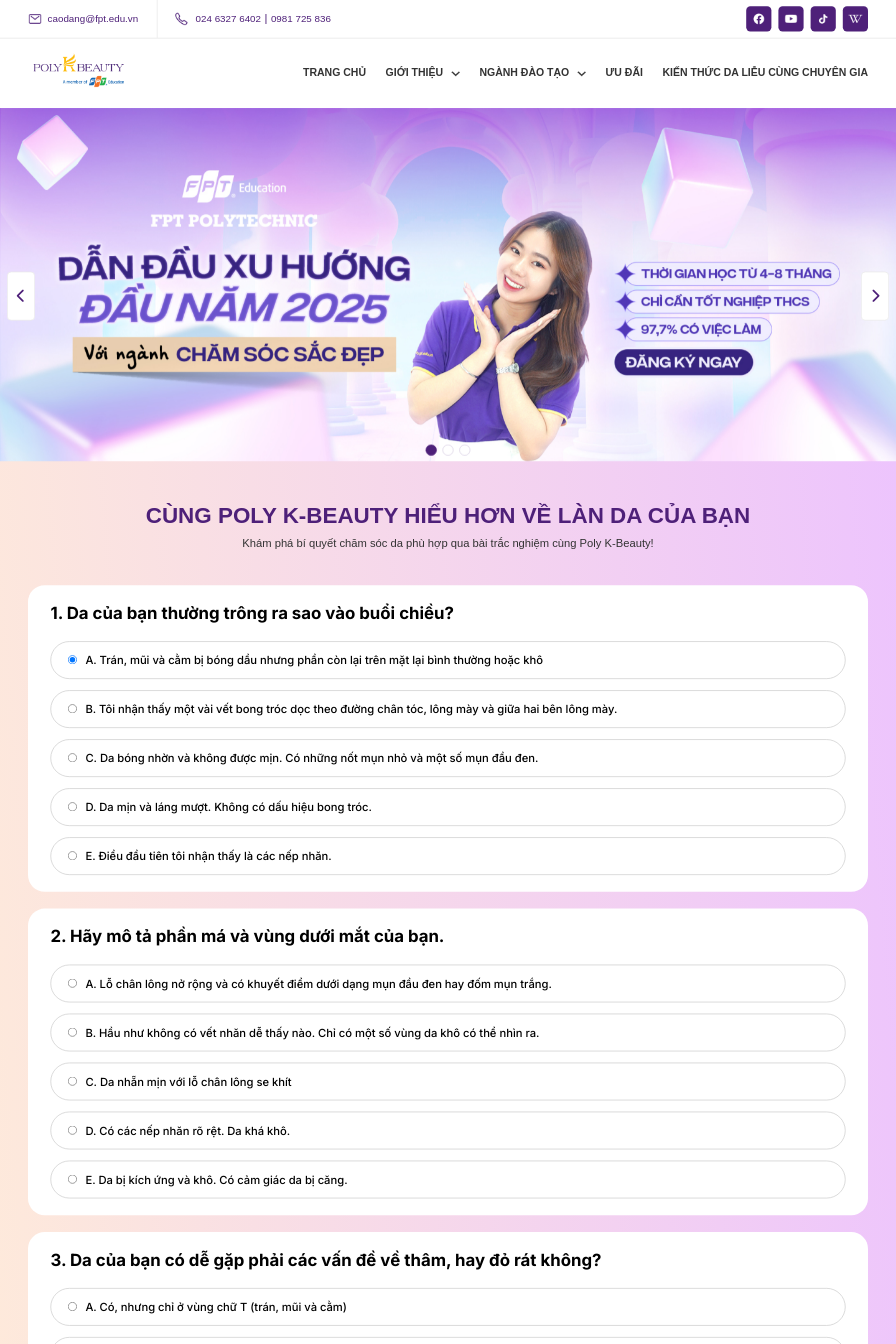
Repository: dinhtri123/k_beauty
Page: test.html
The author's editor kept a copy of each file at every save. The page is drawn from the files as they stood at one save, then again after the next save.
The browser window is 1280 px wide. The pictures show the part of the page from y = 0 to 1920 px (the page is 5808 px tall), at 70% of full size.
After loading, the first visible `label` was clicked once.
Some web fonts or font styles are not loaded; a fallback is used.

Above is the page before, as saved 2024-12-25 14:31:06.

### test.html
<!DOCTYPE html>
<html lang="en">

<head>
  <meta charset="UTF-8">
  <meta name="viewport" content="width=device-width, initial-scale=1.0">
  <title>Home Page</title>
  <link rel="stylesheet" href="https://cdn.jsdelivr.net/npm/swiper@11/swiper-bundle.min.css" />
  <link rel="stylesheet" href="https://cdnjs.cloudflare.com/ajax/libs/font-awesome/6.7.2/css/all.min.css"
    integrity="sha512-Evv84Mr4kqVGRNSgIGL/F/aIDqQb7xQ2vcrdIwxfjThSH8CSR7PBEakCr51Ck+w+/U6swU2Im1vVX0SVk9ABhg=="
    crossorigin="anonymous" referrerpolicy="no-referrer" />
  <link rel="stylesheet" href="./css/style.css">
  <link rel="stylesheet" href="./css/test.css">
</head>

<body>
  <header>
    <div class="header-top-wrapper">
      <div class="container">
        <div class="header-top">
          <div class="header-top-left">
            <a href="mailto:caodang@fpt.edu.vn">
              <img src="./images/mail-outline.png" alt="">
              <span>caodang@fpt.edu.vn</span>
            </a>
            <p>
              <img src="./images/call-outline.png" alt="">
              <a href="tel:024 6327 6402">024 6327 6402</a>
              <span>|</span>
              <a href="tel: 0981 725 836"> 0981 725 836</a>
            </p>
          </div>
          <div class="header-top-right">
            <a href="">
              <img src="./images/Facebook.png" alt="">
            </a>
            <a href="">
              <img src="./images/YouTube.png" alt="">
            </a>
            <a href="">
              <img src="./images/TikTok.png" alt="">
            </a>
            <a href="">
              <img src="./images/Frame.png" alt="">
            </a>
          </div>
        </div>
      </div>
    </div>
    <div class="header-main container">
      <a href="" class="header-logo">
        <img src="./images/logo.png" alt="">
      </a>
      <nav class="header-nav">
        <ul class="header-menu">
          <li>
            <a href="">Trang chủ</a>
          </li>
          <li>
            <a href="">Giới thiệu
              <span>
                <img src="./images/arrow-bottom.png" alt="">
              </span>
            </a>
          </li>
          <li>
            <a href="">ngành đào tạo
              <span>
                <img src="./images/arrow-bottom.png" alt="">
              </span>
            </a>
          </li>
          <li>
            <a href="">ƯU đãi</a>
          </li>
          <li>
            <a href="">kiến thức da liễu cùng chuyên gia</a>
          </li>
          <li class="header-btn-close sm">
            <i class="fa-solid fa-xmark"></i>
          </li>
        </ul>
      </nav>
      <span class="header-btn-menu sm">
        <i class="fa-solid fa-bars"></i>
      </span>
    </div>
  </header>
  <main id="test">
    <section class="slider-hero">
      <div class="swiper hero-swiper">
        <div class="swiper-wrapper">
          <div class="swiper-slide">
            <img src="./images/image 1.jpg" alt="">
          </div>
          <div class="swiper-slide">
            <img src="./images/image 1.jpg" alt="">
          </div>
          <div class="swiper-slide">
            <img src="./images/image 1.jpg" alt="">
          </div>
        </div>
        <div class="hero-btn swiper-button-next">
          <i class="fa-solid fa-chevron-right"></i>
        </div>
        <div class="hero-btn swiper-button-prev">
          <i class="fa-solid fa-chevron-left"></i>
        </div>
        <div class="swiper-pagination"></div>
      </div>
    </section>
    <section class="befenit">
      <div class="container">
        <div class="befenit-inner">
          <h2>CÙNG POLY K-BEAUTY HIỂU HƠN VỀ LÀN DA CỦA BẠN</h2>
          <p>Khám phá bí quyết chăm sóc da phù hợp qua bài trắc nghiệm cùng Poly K-Beauty!</p>
          <form class="befenit-question">
            <div class="question-item">
              <h3>1. Da của bạn thường trông ra sao vào buổi chiều?</h3>
              <div class="question-option">
                <label for="question_1_opt_1">
                  <input type="radio" name="question_1" id="question_1_opt_1">
                  A. Trán, mũi và cằm bị bóng dầu nhưng phần còn lại trên mặt lại bình thường hoặc khô
                </label>
                <label for="question_1_opt_2">
                  <input type="radio" name="question_1" id="question_1_opt_2">
                  B. Tôi nhận thấy một vài vết bong tróc dọc theo đường chân tóc, lông mày và giữa hai bên lông mày.
                </label>
                <label for="question_1_opt_3">
                  <input type="radio" name="question_1" id="question_1_opt_3">
                  C. Da bóng nhờn và không được mịn. Có những nốt mụn nhỏ và một số mụn đầu đen.
                </label>
                <label for="question_1_opt_4">
                  <input type="radio" name="question_1" id="question_1_opt_4">
                  D. Da mịn và láng mượt. Không có dấu hiệu bong tróc.
                </label>
                <label for="question_1_opt_5">
                  <input type="radio" name="question_1" id="question_1_opt_5">
                  E. Điều đầu tiên tôi nhận thấy là các nếp nhăn.
                </label>
              </div>
            </div>
            <div class="question-item">
              <h3>2. Hãy mô tả phần má và vùng dưới mắt của bạn.</h3>
              <div class="question-option">
                <label for="question_1_opt_1">
                  <input type="radio" name="question_1" id="question_1_opt_1">
                  A. Lỗ chân lông nở rộng và có khuyết điểm dưới dạng mụn đầu đen hay đốm mụn trắng.
                </label>
                <label for="question_1_opt_2">
                  <input type="radio" name="question_1" id="question_1_opt_2">
                  B. Hầu như không có vết nhăn dễ thấy nào. Chỉ có một số vùng da khô có thể nhìn ra.
                </label>
                <label for="question_1_opt_3">
                  <input type="radio" name="question_1" id="question_1_opt_3">
                  C. Da nhẵn mịn với lỗ chân lông se khít
                </label>
                <label for="question_1_opt_4">
                  <input type="radio" name="question_1" id="question_1_opt_4">
                  D. Có các nếp nhăn rõ rệt. Da khá khô.
                </label>
                <label for="question_1_opt_5">
                  <input type="radio" name="question_1" id="question_1_opt_5">
                  E. Da bị kích ứng và khô. Có cảm giác da bị căng.
                </label>
              </div>
            </div>
            <div class="question-item">
              <h3>3. Da của bạn có dễ gặp phải các vấn đề về thâm, hay đỏ rát không?</h3>
              <div class="question-option">
                <label for="question_1_opt_1">
                  <input type="radio" name="question_1" id="question_1_opt_1">
                  A. Có, nhưng chỉ ở vùng chữ T (trán, mũi và cằm)
                </label>
                <label for="question_1_opt_2">
                  <input type="radio" name="question_1" id="question_1_opt_2">
                  B. Da tôi hơi đỏ, có chút tấy, và có chỗ không đồng đều về độ ẩm
                </label>
                <label for="question_1_opt_3">
                  <input type="radio" name="question_1" id="question_1_opt_3">
                  C. Có. Tôi thường gặp phải các vấn đề trên.
                </label>
                <label for="question_1_opt_4">
                  <input type="radio" name="question_1" id="question_1_opt_4">
                  D. Đôi khi.
                </label>
                <label for="question_1_opt_5">
                  <input type="radio" name="question_1" id="question_1_opt_5">
                  E. Hầu như không bao giờ.
                </label>
              </div>
            </div>
            <button type="submit">Nộp bài Test <i class="fa-solid fa-arrow-right"></i></button>
          </form>
        </div>
      </div>
    </section>
    <section class="package">
      <div class="container">
        <div class="package-inner">
          <h2>POLY K-BEAUTY'S PACKAGE <span class="line"></span></h2>
          <div class="package-item">
            <img src="./images/package_img1.jpg" alt="">
            <h3>Dịch vụ chăm sóc và điều trị</h3>
          </div>
          <div class="package-item">
            <img src="./images/package_img2.jpg" alt="">
            <h3>QUY TRÌNH CHẤM TCA TRỊ</h3>
          </div>
          <div class="package-item">
            <img src="./images/package_img3.jpg" alt="">
            <h3>PHƯƠNG PHÁP TIÊM SẸO LỒI</h3>
          </div>
          <div class="package-item">
            <img src="./images/package_img4.jpg" alt="">
            <h3>LASER TRỊ THÂM CÓ TỐT</h3>
          </div>
          <div class="package-item">
            <img src="./images/package_img5.jpg" alt="">
            <h3>TRỊ NẤM DA BẰNG LASER TẠI</h3>
          </div>
          <div class="package-item">
            <img src="./images/package_img6.jpg" alt="">
            <h3>LÀN DA KHÔNG ĐỀU MÀU VÀ</h3>
          </div>
          <div class="package-item">
            <img src="./images/package_img7.jpg" alt="">
            <h3>GIẢI PHÁP ĐIỀU TRỊ MỤN THỊT</h3>
          </div>
          <div class="package-item">
            <img src="./images/package_img8.jpg" alt="">
            <h3>ĐIỀU TRỊ SẸO RỖ BẰNG LASER</h3>
          </div>
          <div class="package-item">
            <img src="./images/package_img9.jpg" alt="">
            <h3>TRẺ HOÁ BẰNG LASER</h3>
          </div>
          <div class="package-item">
            <img src="./images/package_img10.jpg" alt="">
            <h3>CHỐNG LÃO HOÁ TUỔI 30</h3>
          </div>
          <div class="package-item">
            <img src="./images/package_img11.jpg" alt="">
            <h3>ĐIỀU TRỊ MỤN Ở NGƯỜI LỚN</h3>
          </div>
          <div class="package-item">
            <img src="./images/package_img12.jpg" alt="">
            <h3>XOÁ XĂM HIỆU QUẢ VÀ</h3>
          </div>
          <div class="package-item">
            <img src="./images/package_img13.jpg" alt="">
            <h3>ĐIỀU TRỊ GIÃN MAO MẠCH</h3>
          </div>
          <div class="package-item">
            <img src="./images/package_img14.jpg" alt="">
            <h3>PHƯƠNG PHÁP TRỊ SẸO LỒI</h3>
          </div>
          <div class="package-item">
            <img src="./images/package_img15.jpg" alt="">
            <h3>LĂN KIM TRỊ SẸO RỖ</h3>
          </div>
          <div class="package-item">
            <img src="./images/package_img16.jpg" alt="">
            <h3>ĐIỆN DI VITAMIN C - GIẢI PHÁP</h3>
          </div>
          <div class="package-item">
            <img src="./images/package_img17.jpg" alt="">
            <h3>TRẺ HOÁ DA VỚI LIỆU TRÌNH</h3>
          </div>
          <div class="package-item">
            <img src="./images/package_img18.jpg" alt="">
            <h3>PEEL DA HOÁ HỌC CHUYÊN</h3>
          </div>
          <div class="package-item">
            <img src="./images/package_img19.jpg" alt="">
            <h3>PEEL DA HOÁ HỌC NỒNG ĐỘ</h3>
          </div>
          <div class="package-item">
            <img src="./images/package_img20.jpg" alt="">
            <h3>PEEL DA HOÁ HỌC NỒNG ĐỘ</h3>
          </div>
          <div class="package-item">
            <img src="./images/package_img21.jpg" alt="">
            <h3>PEEL DA HOÁ HỌC</h3>
          </div>
          <div class="package-item">
            <img src="./images/package_img22.jpg" alt="">
            <h3>PHƯƠNG PHÁP MÀI DA VI</h3>
          </div>
          <div class="package-item">
            <img src="./images/package_img23.jpg" alt="">
            <h3>CHẮM SÓC & ĐIỀU TRỊ DA CHO</h3>
          </div>
          <div class="package-item">
            <img src="./images/package_img24.jpg" alt="">
            <h3>XOÁ NỐT RUỒI</h3>
          </div>
          <div class="package-item">
            <img src="./images/package_img25.jpg" alt="">
            <h3>KIỂM TRA DA MẶT Ở ĐÂU ĐỂ</h3>
          </div>
          <div class="package-item">
            <img src="./images/package_img26.jpg" alt="">
            <h3>DỊCH VỤ CHĂM SÓC DA MẶT</h3>
          </div>
          <div class="package-item">
            <img src="./images/package_img27.jpg" alt="">
            <h3>MỤN LÀ CHUYỆN NHỎ VỚI</h3>
          </div>
          <div class="package-item">
            <img src="./images/package_img28.jpg" alt="">
            <h3>TÌM LẠI LÀN DA MỊN MÀNG VỚI</h3>
          </div>
          <div class="package-item">
            <img src="./images/package_img29.jpg" alt="">
            <h3>ĐỐT MỤN THỊT, U VÀNG</h3>
          </div>
          <div class="package-item">
            <img src="./images/package_img30.jpg" alt="">
            <h3>ĐIỀU TRỊ MỤN TRỨNG CÁ DỨT</h3>
          </div>
          <div class="package-item">
            <img src="./images/package_img31.jpg" alt="">
            <h3>TRIỆT LÔNG VĨNH VIỄN</h3>
          </div>
          <div class="package-item">
            <img src="./images/package_img32.jpg" alt="">
            <h3>NÁM DA VÀ RỐI LOẠN SẮC TỐ</h3>
          </div>
          <div class="package-item">
            <img src="./images/package_img33.jpg" alt="">
            <h3>LIỆU TRÌNH TRẺ HOÁ DA LÀM</h3>
          </div>
          <div class="package-item">
            <img src="./images/package_img34.jpg" alt="">
            <h3>ĐIỀU TRỊ TRỊ MỤN</h3>
          </div>
        </div>
      </div>
    </section>
    <section class="form-bottom">
      <div class="container">
        <div class="form-inner">
          <div class="form-text">
            <h2>Tìm hiểu chương trình tại Poly K-Beauty và nhận tư vấn ngay!</h2>
            <button>Đăng ký ngay</button>
          </div>
          <div class="form-img">
            <img src="./images/form-img.png" alt="">
          </div>
        </div>
      </div>
    </section>
  </main>
  <footer>
    <div class="container">
      <div class="footer-wrapper">
        <div class="footer-left">
          <div class="footer-logo">
            <img src="./images/logo-footer.png" alt="">
          </div>
          <div class="footer-social">
            <a href="#">
              <img src="./images/icon-fb.png" alt="">
            </a>
            <a href="#">
              <img src="./images/icon-ytb.png" alt="">
            </a>
            <a href="#">
              <img src="./images/icon-tiktok.png" alt="">
            </a>
            <a href="#">
              <img src="./images/icon-wiki.png" alt="">
            </a>
          </div>
          <div class="footer-contact">
            <h3>THÔNG TIN LIÊN HỆ</h3>
            <ul>
              <li>Điện thoại: (024) 7300 1955</li>
              <li>Email: caodang@fpt.edu.vn</li>
            </ul>
          </div>
        </div>
        <div class="footer-right">
          <h3>HỆ THỐNG VĂN PHÒNG TUYỂN SINH</h3>
          <div class="footer-local">
            <div class="local-item">
              <h4>Cơ sở Hà Nội</h4>
              <ul>
                <li><span><ion-icon name="location-outline"></ion-icon></span> Cổng số 1, Tòa nhà FPT
                  Polytechnic, 13 phố Trịnh Văn Bô, phường Phương Canh, quận Nam Từ Liêm, TP Hà Nội
                  Km12
                  Cầu Diễn, Phường Phúc Diễn, Quận Bắc Từ Liêm, Hà Nội</li>
                <li><span><ion-icon name="call-outline"></ion-icon></span>(024) 8582 0808</li>
              </ul>
            </div>
            <div class="local-item">
              <h4>Cơ sở Hồ Chí Minh</h4>
              <ul>
                <li><span><ion-icon name="location-outline"></ion-icon></span> Tòa nhà QTSC9 (toà T),
                  đường
                  Tô Ký, phường Tân Chánh Hiệp, quận 12, TP HCM.</li>
                <li><span><ion-icon name="location-outline"></ion-icon></span> 778/B1 Nguyễn Kiệm,
                  phường
                  04, quận Phú Nhuận, TP HCM
                  0901 660 002 – 028 6686 6486</li>
              </ul>
            </div>
            <div class="local-item">
              <h4>Cơ sở Thái Nguyên</h4>
              <ul>
                <li><span><ion-icon name="location-outline"></ion-icon></span> Tòa nhà FPT Polytechnic,
                  đường đê Mỏ Bạch, tổ 10, phường Quyết Thắng, TP Thái Nguyên, tỉnh Thái Nguyên</li>
                <li><span><ion-icon name="location-outline"></ion-icon></span> 091 532 9213</li>
              </ul>
            </div>
            <div class="local-item">
              <h4>Cơ sở Đà Nẵng</h4>
              <ul>
                <li><span><ion-icon name="location-outline"></ion-icon></span> 219 Nguyễn Sinh Sắc,
                  phường
                  Hoà Minh, quận Liên Chiểu, TP Đà Nẵng</li>
                <li><span><ion-icon name="location-outline"></ion-icon></span> 023 6371 0999 – 094 302
                  5282
                </li>
              </ul>
            </div>
            <div class="local-item">
              <h4>Cơ sở Hải Phòng</h4>
              <ul>
                <li><span><ion-icon name="location-outline"></ion-icon></span> 271 Lê Thánh Tông, phường
                  Máy
                  Chai, quận Ngô Quyền, TP Hải Phòng</li>
                <li><span><ion-icon name="location-outline"></ion-icon></span> 0915431313</li>
              </ul>
            </div>
            <div class="local-item">
              <h4>Cơ sở Quy Nhơn</h4>
              <ul>
                <li><span><ion-icon name="location-outline"></ion-icon></span> 107A Thanh Niên, phường
                  Quang
                  Trung, TP Quy Nhơn, tỉnh Bình Định</li>
                <li><span><ion-icon name="location-outline"></ion-icon></span> 039 404 4568</li>
              </ul>
            </div>
            <div class="local-item">
              <h4>Cơ sở Hà Nam</h4>
              <ul>
                <li><span><ion-icon name="location-outline"></ion-icon></span> Tổ hợp Giáo dục FPT,
                  Unischool, Khu Đại học Nam Cao, Phường Hoàng Đông, Thị xã Duy Tiên, Hà Nam</li>
                <li><span><ion-icon name="location-outline"></ion-icon></span> 0911 968 213</li>
              </ul>
            </div>
            <div class="local-item">
              <h4>Cơ sở Tây Nguyên</h4>
              <ul>
                <li><span><ion-icon name="location-outline"></ion-icon></span> Số 300, 6 Đường Hà Huy
                  Tập,
                  Tổ dân phố 8, phường Tân An, TP Buôn Ma Thuột, Đắk Lắk</li>
                <li><span><ion-icon name="location-outline"></ion-icon></span> 026 2355 5678</li>
              </ul>
            </div>
            <div class="local-item">
              <h4>Cơ sở Thanh Hoá</h4>
              <ul>
                <li><span><ion-icon name="location-outline"></ion-icon></span> Tòa Beta, Tổ hợp giáo dục
                  FPT, Đại lộ Võ Nguyên Giáp, phường Quảng Thành, TP Thanh Hóa</li>
                <li><span><ion-icon name="location-outline"></ion-icon></span> 091 378 5213</li>
              </ul>
            </div>
            <div class="local-item">
              <h4>Cơ sở Đồng Nai</h4>
              <ul>
                <li><span><ion-icon name="location-outline"></ion-icon></span> 193 Đỗ Văn Thi, phường
                  Hiệp
                  Hòa, TP Biên Hòa, tỉnh Đồng Nai</li>
                <li><span><ion-icon name="location-outline"></ion-icon></span> 0345 690 031 – 0989 871
                  031
                </li>
              </ul>
            </div>
            <div class="local-item">
              <h4>Cơ sở Cần Thơ</h4>
              <ul>
                <li><span><ion-icon name="location-outline"></ion-icon></span> Toà nhà FPT Polytechnic,
                  đường số 22, phường Thường Thạnh, quận Cái Răng, TP Cần Thơ</li>
                <li><span><ion-icon name="location-outline"></ion-icon></span> 098 388 1100 – 091 2823
                  492
                </li>
              </ul>
            </div>
          </div>
        </div>
      </div>
    </div>
  </footer>
</body>

<script src="https://cdn.jsdelivr.net/npm/swiper@11/swiper-bundle.min.js"></script>

<script>
  var swiper = new Swiper(".hero-swiper", {
    loop: true,
    navigation: {
      nextEl: ".swiper-button-next",
      prevEl: ".swiper-button-prev",
    },
    pagination: {
      el: ".swiper-pagination",
    },
  });
</script>
<script src="./index.js"></script>

</html>

### css/test.css
.befenit-question * {
  font-family: var(--font-secondary);
}
.question-item {
  background-color: var(--cl-white);
  padding: 24px 32px;
  border-radius: 24px;
  margin-bottom: 24px;
}
.question-item h3 {
  color: #000;
  font-size: 24px;
  line-height: 32px;
  font-weight: 700;
  margin-bottom: 24px;
  text-align: left;
}
.question-option {
  display: flex;
  flex-direction: column;
  gap: 16px;
}
.question-option label {
  border-radius: 50px;
  min-height: 52px;
  padding: 14px 24px;
  display: flex;
  align-items: center;
  gap: 12px;
  color: #000;
  font-size: 16px;
  line-height: 24px;
  font-weight: 500;
  border: 1px solid rgba(204, 204, 204, 1);
}
.question-option label:focus {
  background-color: var(--cl-primary);
}
.befenit-question button {
  padding: 16px 32px;
  border-radius: 50px;
  background-color: var(--cl-primary);
  margin-top: 32px;
  font-size: 20px;
  line-height: 28px;
  font-weight: 590;
  display: flex;
  align-items: center;
  justify-content: center;
  gap: 10px;
  color: var(--cl-white);
}

Loaded but not shown: index.js (40 lines, source omitted); css/style.css (700 lines, source omitted)

After the next save:
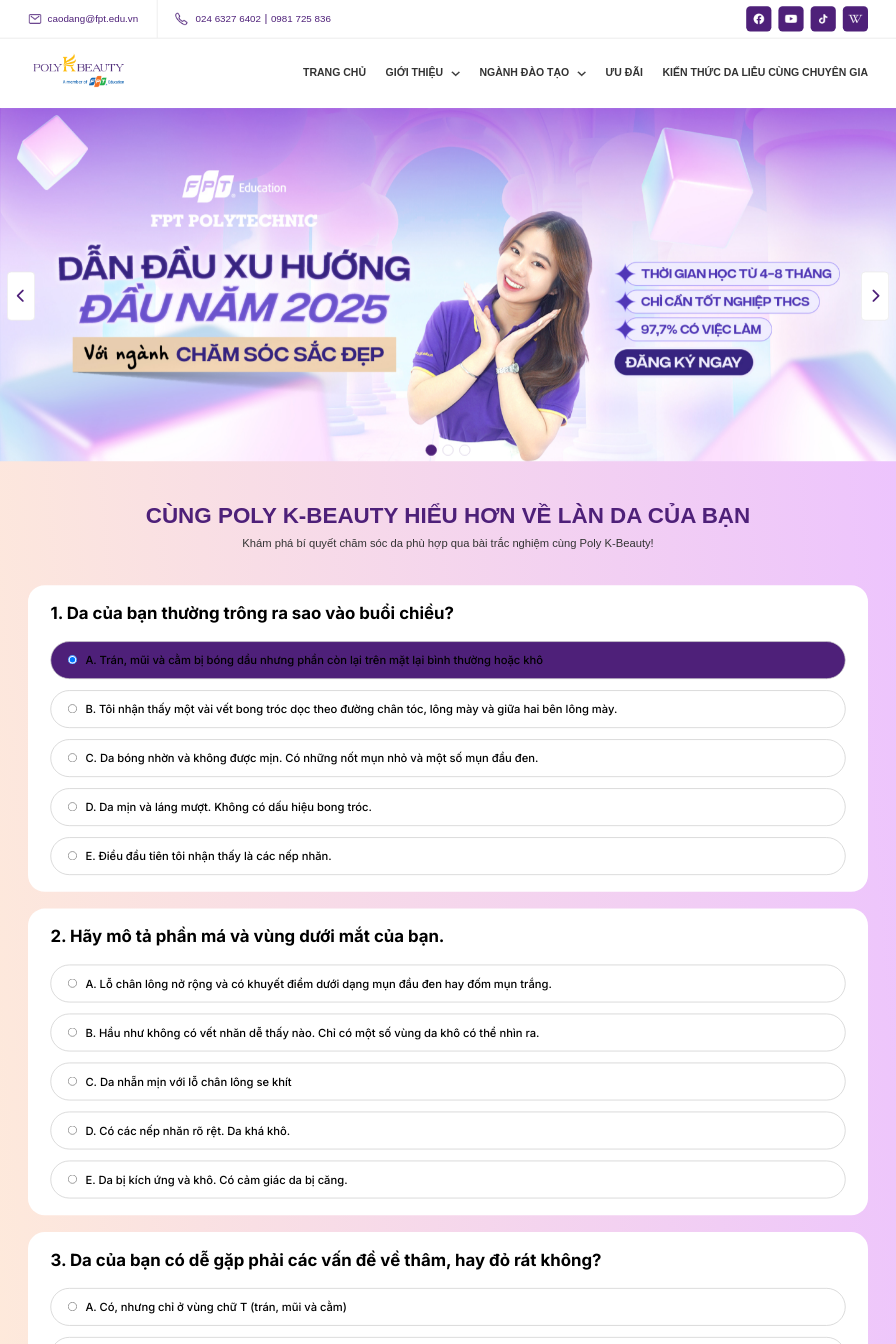
Saved 25 s later.
--- a/css/test.css
+++ b/css/test.css
@@ -33,7 +33,7 @@
   font-weight: 500;
   border: 1px solid rgba(204, 204, 204, 1);
 }
-.question-option label:focus {
+.question-option label.active {
   background-color: var(--cl-primary);
 }
 .befenit-question button {
